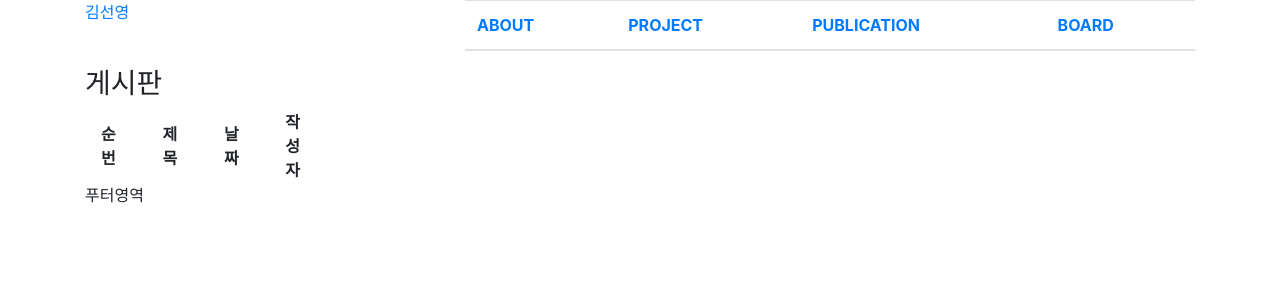
Repository: supremest35/web-projects
Page: http://localhost/noticeboard/board/list.jsp?pno=1
These files come from the project's save history. The page is drawn as it stood at one moment and after the next save; the edit follows.
The browser window is 1280 px wide. The pictures show the whole page.
The page is served by Tomcat 9.

Above is the page before, as saved 2020-12-06 03:31:08.

After the next save:
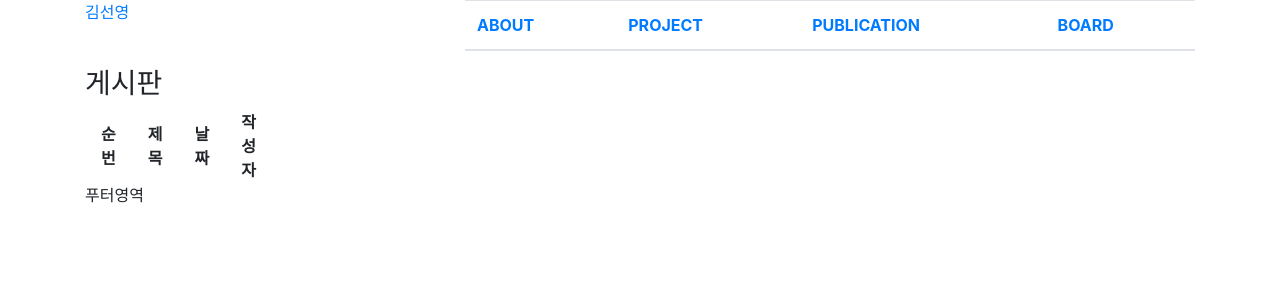
Saved 55 s later.
--- a/noticeboard/WebContent/board/list.jsp
+++ b/noticeboard/WebContent/board/list.jsp
@@ -31,7 +31,7 @@
 	</div>
 	<div class="row">
 		<div class="col-12"><h3>게시판</h3></div>
-		<div class="col-12">
+		<div class="col-1">
 			<table>
 				<thead>
 					<tr>

After the save that followed:
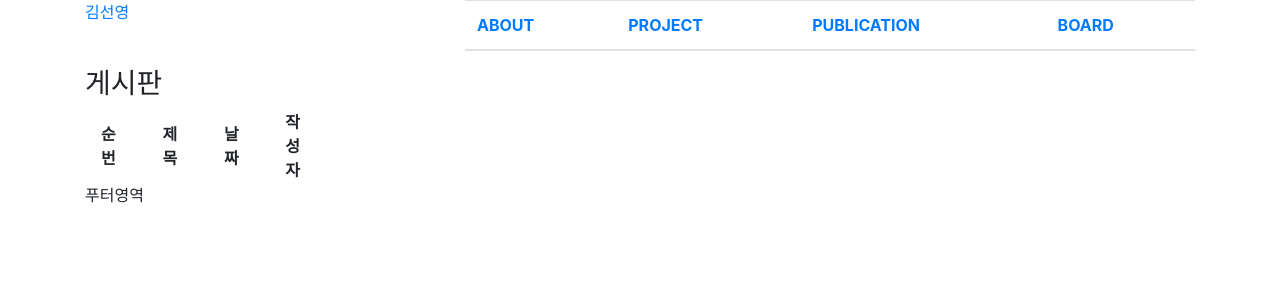
Saved 18 s later.
--- a/noticeboard/WebContent/board/list.jsp
+++ b/noticeboard/WebContent/board/list.jsp
@@ -31,7 +31,7 @@
 	</div>
 	<div class="row">
 		<div class="col-12"><h3>게시판</h3></div>
-		<div class="col-1">
+		<div class="col-12">
 			<table>
 				<thead>
 					<tr>
